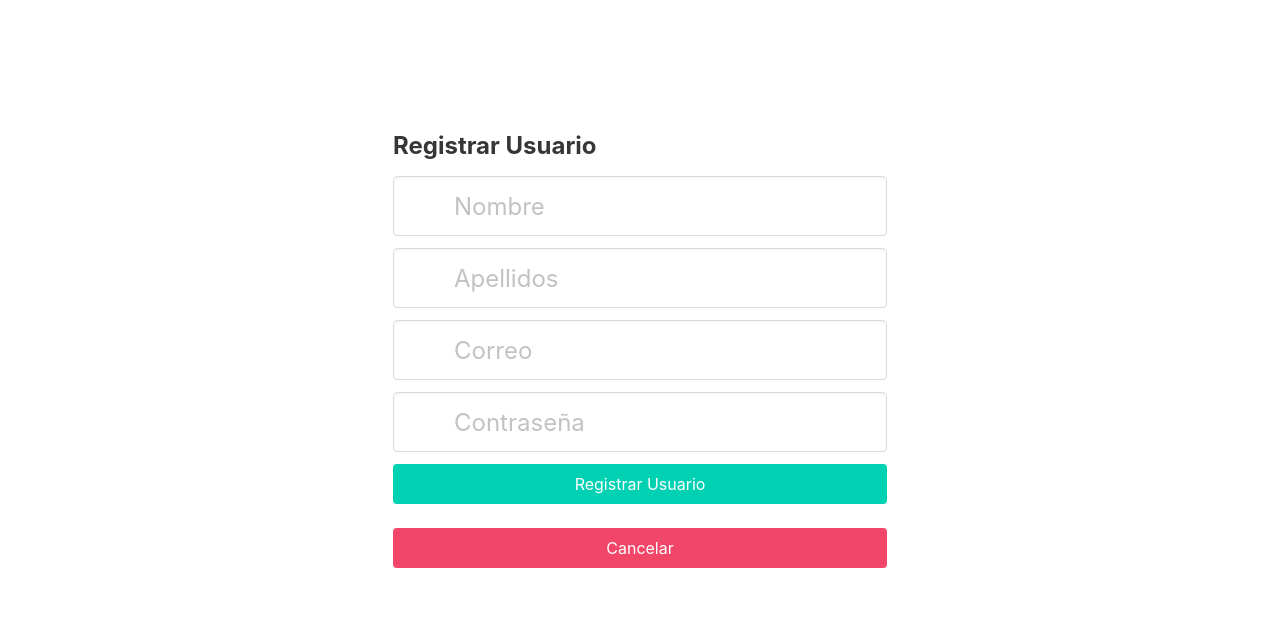
Repository: Spawnbig/ProyectoEspTec1
Page: /
These files come from the project's save history. The page is drawn as it stood at one moment and after a run of saves; the edit follows.
The browser window is 1280 px wide. The pictures show the whole page.
The project was rebuilt for these pictures with package versions that can differ from the ones it lists, and the page was loaded fresh each time. Also part of the build but not shown: vite.config.js, src/views/Dashboard.vue.

Above is the page before, as saved 2022-07-08 22:01:38.

After the next 2 saves:
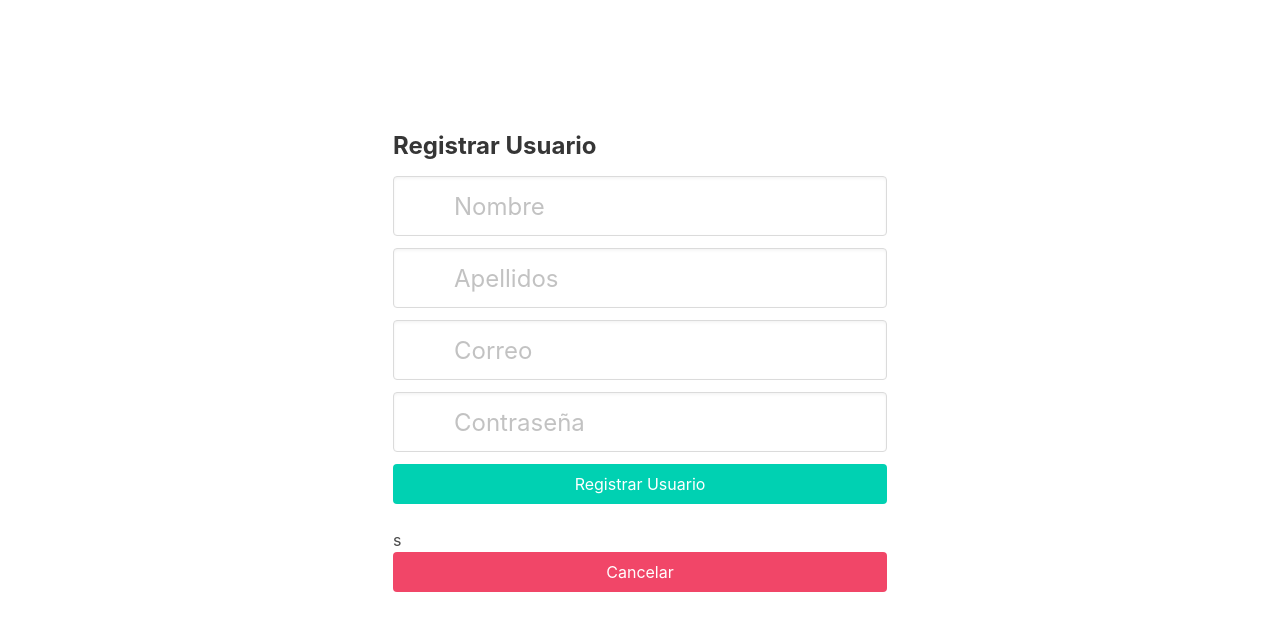
The 2 saves are shown as one change because they came seconds apart.
The last was saved 12 s later.
--- a/src/components/CrearUsuario.vue
+++ b/src/components/CrearUsuario.vue
@@ -49,8 +49,7 @@
   </div>
 </div>
 <button class="button is-primary">Registrar Usuario</button>
-<br>
-</br>
+<br>s</br>
  <button class="button is-danger">Cancelar</button>
 </div>
 
